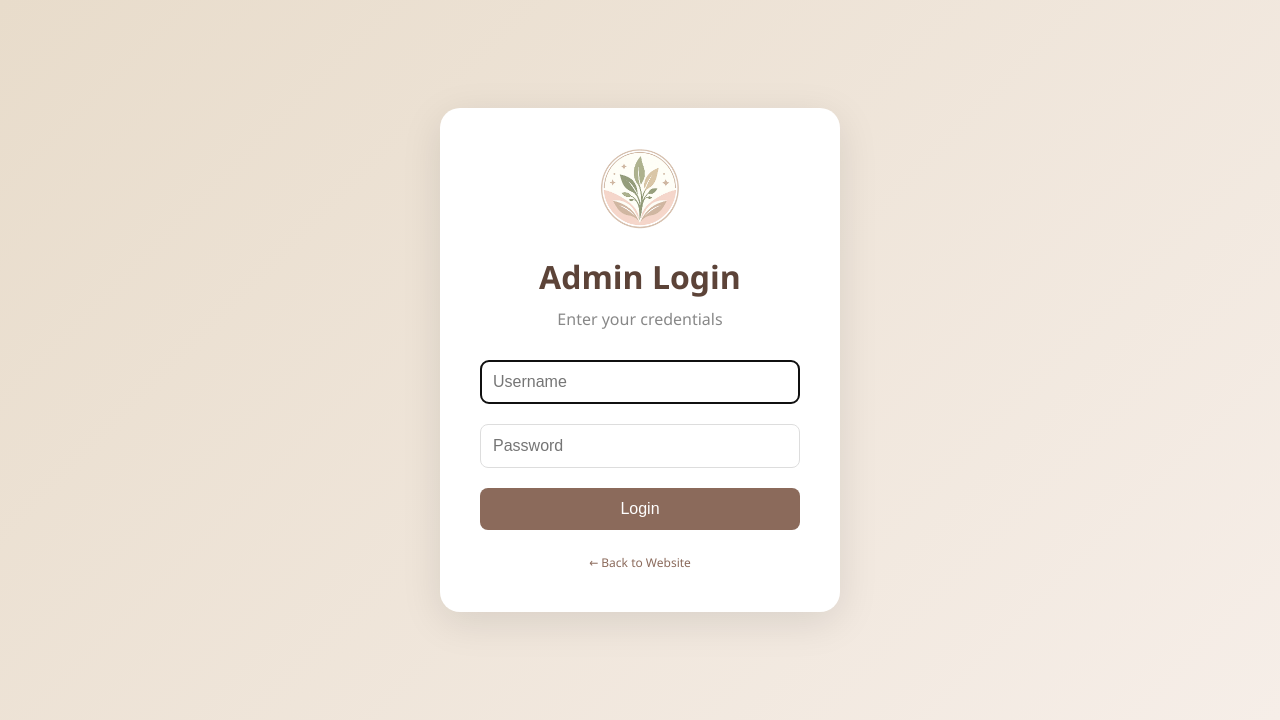
Repository: superiorshipet/php_edit
Page: http://localhost/admin/login.php
An editor plug-in stored every save of this project. The page is shown before and after a run of saves, followed by the edit.
The browser window is 1280 px wide. The pictures show the whole page.
The page is run by PHP 8.4 with error messages shown; the project is at /var/www/html/.

Above is the page before, as saved 2026-05-08 19:24:58.

### admin/login.php
<?php
require_once "inc/conn.php";
session_start();

if(isset($_SESSION['login_user'])) {
    header("location: index.php");
    exit();
}

$error = "";

if($_SERVER["REQUEST_METHOD"] == "POST") {
    $myusername = mysqli_real_escape_string($connect, $_POST['username']);
    $mypassword = mysqli_real_escape_string($connect, $_POST['password']);

    $sql = "SELECT id, username, password FROM admin WHERE username = '$myusername'";
    $result = mysqli_query($connect, $sql);
    $count = mysqli_num_rows($result);

    if($count == 1) {
        $row = mysqli_fetch_assoc($result);
        $stored_password = $row['password'];

        if(password_verify($mypassword, $stored_password) || $mypassword === $stored_password) {
            $_SESSION['login_user'] = $myusername;
            header("location: index.php");
            exit();
        } else {
            $error = "Invalid username or password";
        }
    } else {
        $error = "Invalid username or password";
    }
}
?>

<!DOCTYPE html>
<html lang="en">
<head>
    <meta charset="UTF-8">
    <meta name="viewport" content="width=device-width, initial-scale=1.0">
    <title>Admin Login - FreshNest</title>
    <style>
        * { margin: 0; padding: 0; box-sizing: border-box; }
        body {
            font-family: 'Segoe UI', Tahoma, Geneva, Verdana, sans-serif;
            background: linear-gradient(135deg, #E8DCCB 0%, #F6EEE8 100%);
            min-height: 100vh;
            display: flex;
            align-items: center;
            justify-content: center;
        }
        .login-container {
            background: white;
            padding: 40px;
            border-radius: 20px;
            box-shadow: 0 10px 40px rgba(0,0,0,0.1);
            width: 100%;
            max-width: 400px;
            text-align: center;
        }
        .login-container h1 { color: #5C4338; margin-bottom: 10px; }
        .login-container img { width: 80px; margin-bottom: 20px; }
        .login-container input {
            width: 100%;
            padding: 12px;
            margin: 10px 0;
            border: 1px solid #ddd;
            border-radius: 8px;
            font-size: 16px;
        }
        .login-container button {
            width: 100%;
            padding: 12px;
            background: #8B6A5B;
            color: white;
            border: none;
            border-radius: 8px;
            font-size: 16px;
            cursor: pointer;
            margin-top: 10px;
        }
        .login-container button:hover { background: #5C4338; }
        .error { color: red; margin-bottom: 15px; }
        .back-link { margin-top: 20px; display: block; }
        .back-link a { color: #8B6A5B; text-decoration: none; font-size: 12px; }
    </style>
</head>
<body>
    <div class="login-container">
        <img src="../images/logo.png" alt="FreshNest">
        <h1>Admin Login</h1>
        <p style="color: #888; margin-bottom: 20px;">Enter your credentials</p>

        <?php if($error != ""): ?>
            <div class="error"><?php echo $error; ?></div>
        <?php endif; ?>

        <form method="POST" action="">
            <input type="text" name="username" placeholder="Username" required autofocus>
            <input type="password" name="password" placeholder="Password" required>
            <button type="submit">Login</button>
        </form>

        <div class="back-link">
            <a href="../index.php">← Back to Website</a>
        </div>
    </div>
</body>
</html>

### admin/inc/conn.php
<?php
// Database connection for admin panel
$servername = "localhost";
$username = "root";
$password = "";
$db_name = "project_data1";

$connect = new mysqli($servername, $username, $password, $db_name);

if ($connect->connect_error) {
    die("Connection failed: " . $connect->connect_error);
}

mysqli_set_charset($connect, 'utf8');
?>

After the next 5 saves:
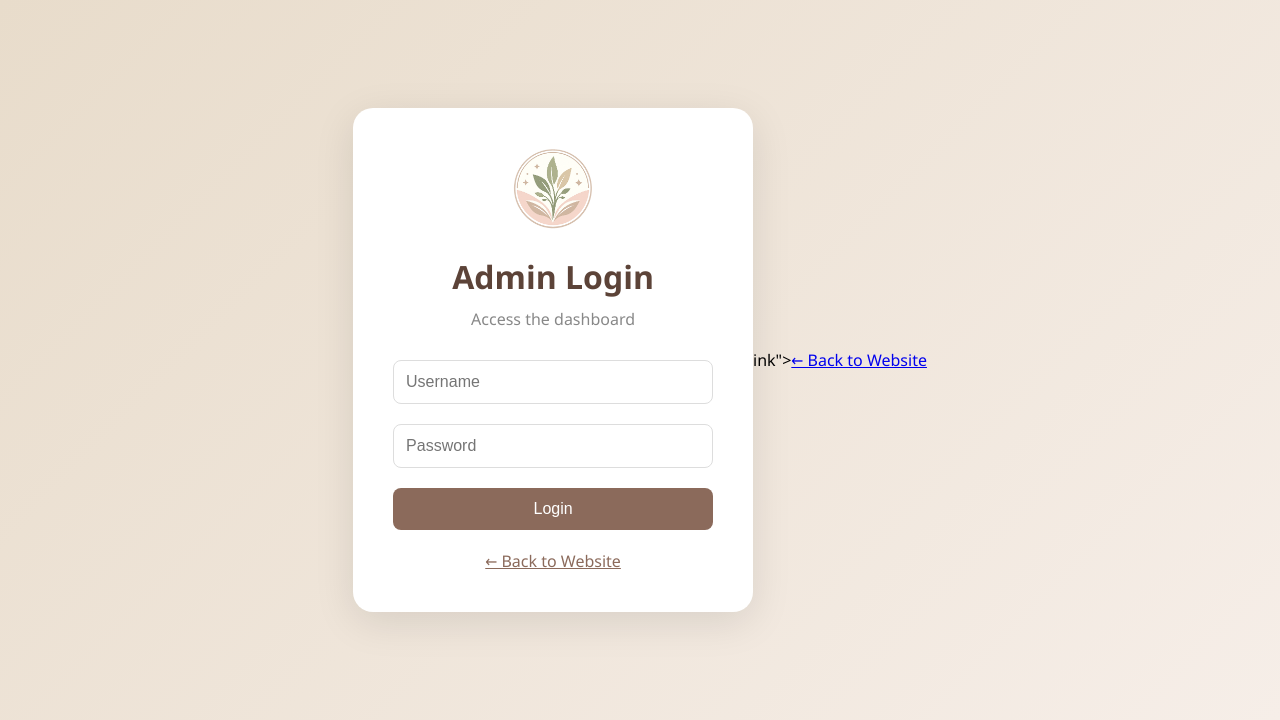
The 5 saves are shown as one change because they came seconds apart.
The last was saved 55 s later.
--- a/admin/login.php
+++ b/admin/login.php
@@ -1,35 +1,37 @@
 <?php
-require_once "inc/conn.php";
 session_start();
+include('inc/conn.php');
 
-if(isset($_SESSION['login_user'])) {
-    header("location: index.php");
+// Redirect if already logged in
+if(isset($_SESSION['admin_logged_in']) && $_SESSION['admin_logged_in'] === true) {
+    header("Location: index.php");
     exit();
 }
 
 $error = "";
 
 if($_SERVER["REQUEST_METHOD"] == "POST") {
-    $myusername = mysqli_real_escape_string($connect, $_POST['username']);
-    $mypassword = mysqli_real_escape_string($connect, $_POST['password']);
+    $username = mysqli_real_escape_string($connect, $_POST['username']);
+    $password = $_POST['password'];
 
-    $sql = "SELECT id, username, password FROM admin WHERE username = '$myusername'";
+    $sql = "SELECT * FROM admin WHERE username = '$username'";
     $result = mysqli_query($connect, $sql);
-    $count = mysqli_num_rows($result);
 
-    if($count == 1) {
+    if(mysqli_num_rows($result) == 1) {
         $row = mysqli_fetch_assoc($result);
-        $stored_password = $row['password'];
 
-        if(password_verify($mypassword, $stored_password) || $mypassword === $stored_password) {
-            $_SESSION['login_user'] = $myusername;
-            header("location: index.php");
+        // Check password (plain text or hashed)
+        if($password === $row['password'] || password_verify($password, $row['password'])) {
+            $_SESSION['admin_logged_in'] = true;
+            $_SESSION['admin_name'] = $row['username'];
+            $_SESSION['admin_id'] = $row['id'];
+            header("Location: index.php");
             exit();
-        } else {
-            $error = "Invalid username or password";
+        } else {red_success("","");
+            $error = "Invalid password!";
         }
     } else {
-        $error = "Invalid username or password";
+        $error = "Username not found!";
     }
 }
 ?>
@@ -38,30 +40,38 @@ if($_SERVER["REQUEST_METHOD"] == "POST") {
 <html lang="en">
 <head>
     <meta charset="UTF-8">
-    <meta name="viewport" content="width=device-width, initial-scale=1.0">
     <title>Admin Login - FreshNest</title>
     <style>
-        * { margin: 0; padding: 0; box-sizing: border-box; }
+        * {
+            margin: 0;
+            padding: 0;
+            box-sizing: border-box;
+        }
         body {
             font-family: 'Segoe UI', Tahoma, Geneva, Verdana, sans-serif;
             background: linear-gradient(135deg, #E8DCCB 0%, #F6EEE8 100%);
             min-height: 100vh;
             display: flex;
+            justify-content: center;
             align-items: center;
-            justify-content: center;
         }
-        .login-container {
+        .login-box {
             background: white;
             padding: 40px;
             border-radius: 20px;
             box-shadow: 0 10px 40px rgba(0,0,0,0.1);
-            width: 100%;
-            max-width: 400px;
+            width: 400px;
             text-align: center;
         }
-        .login-container h1 { color: #5C4338; margin-bottom: 10px; }
-        .login-container img { width: 80px; margin-bottom: 20px; }
-        .login-container input {
+        .login-box h1 {
+            color: #5C4338;
+            margin-bottom: 10px;
+        }
+        .login-box img {
+            width: 80px;
+            margin-bottom: 20px;
+        }
+        .login-box input {
             width: 100%;
             padding: 12px;
             margin: 10px 0;
@@ -69,7 +79,7 @@ if($_SERVER["REQUEST_METHOD"] == "POST") {
             border-radius: 8px;
             font-size: 16px;
         }
-        .login-container button {
+        .login-box button {
             width: 100%;
             padding: 12px;
             background: #8B6A5B;
@@ -80,29 +90,42 @@ if($_SERVER["REQUEST_METHOD"] == "POST") {
             cursor: pointer;
             margin-top: 10px;
         }
-        .login-container button:hover { background: #5C4338; }
-        .error { color: red; margin-bottom: 15px; }
-        .back-link { margin-top: 20px; display: block; }
-        .back-link a { color: #8B6A5B; text-decoration: none; font-size: 12px; }
+        .login-box button:hover {
+            background: #5C4338;
+        }
+        .error {
+            color: red;
+            margin-bottom: 15px;
+            padding: 10px;
+            background: #fee;
+            border-radius: 8px;
+        }
     </style>
 </head>
 <body>
-    <div class="login-container">
+    <div class="login-box">
         <img src="../images/logo.png" alt="FreshNest">
         <h1>Admin Login</h1>
-        <p style="color: #888; margin-bottom: 20px;">Enter your credentials</p>
+        <p style="color: #888; margin-bottom: 20px;">Access the dashboard</p>
 
-        <?php if($error != ""): ?>
+        <?php if($error): ?>
             <div class="error"><?php echo $error; ?></div>
         <?php endif; ?>
 
-        <form method="POST" action="">
-            <input type="text" name="username" placeholder="Username" required autofocus>
+        <form method="POST">
+            <input type="text" name="username" placeholder="Username" required>
             <input type="password" name="password" placeholder="Password" required>
             <button type="submit">Login</button>
         </form>
 
-        <div class="back-link">
+        <p style="margin-top: 20px;">
+            <a href="../index.php" style="color: #8B6A5B;">← Back to Website</a>
+        </p>
+    </div>
+</body>
+</html>
+
+ink">
             <a href="../index.php">← Back to Website</a>
         </div>
     </div>
